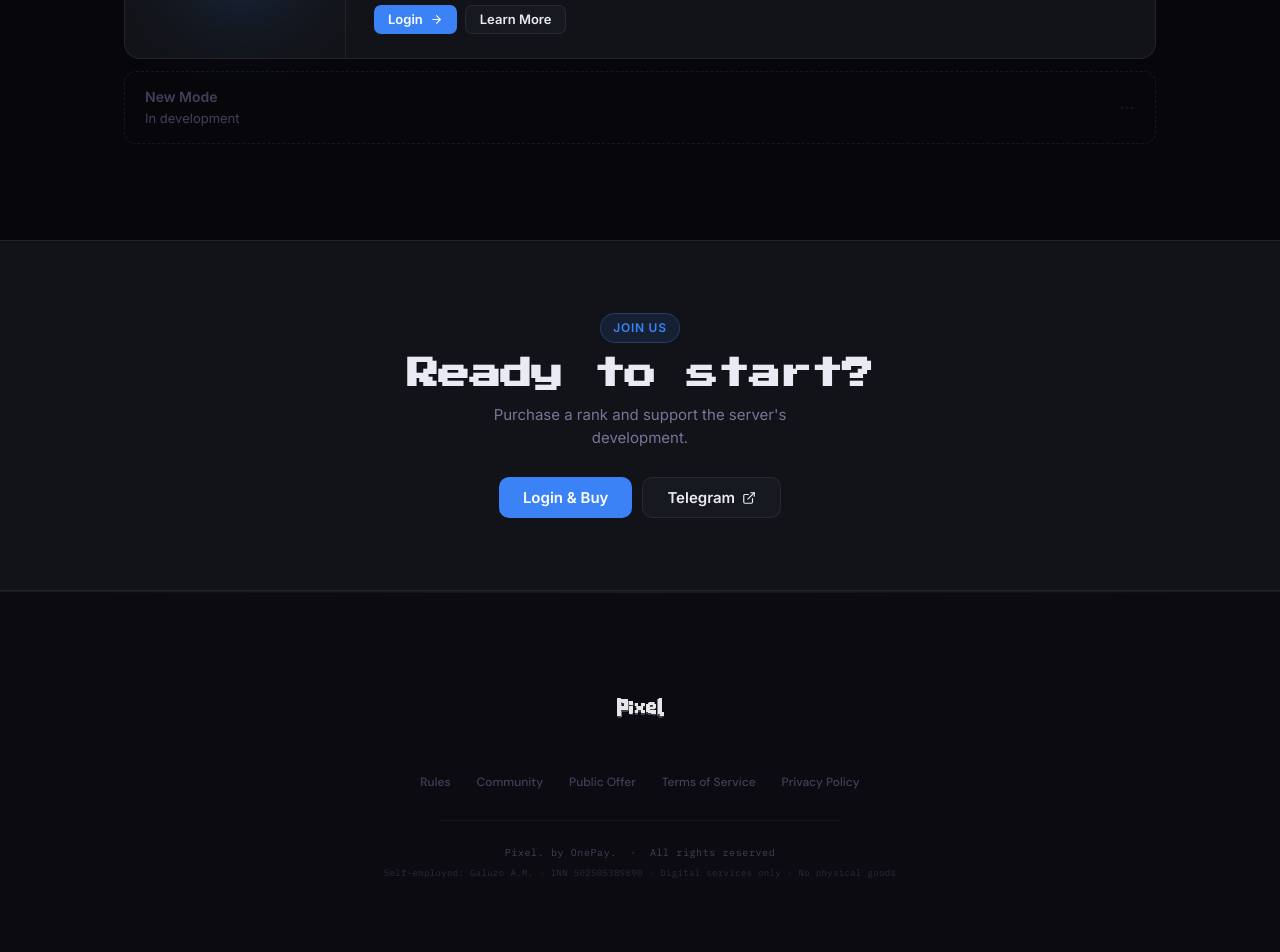
Repository: vanzero1448/sdfsdfsdfsdfsdfvhjvdfbudfgib
Page: / (app in front/)
These files come from the project's save history. The page is drawn as it stood at one moment and after the next save; the edit follows.
The browser window is 1280 px wide. The pictures show the part of the page from y = 1106 to 2058 px (the page is 2058 px tall before and 2037 px after).
Some web libraries are served in a nearby version. The project was rebuilt for these pictures with package versions that can differ from the ones it lists, and the page was loaded fresh each time. Also part of the build but not shown: front/next.config.mjs, front/vite.config.ts, front/app/Donate.tsx.

Above is the page before, as saved 2026-02-25 12:21:02.

### front/index.html
<!doctype html>
<html lang="ru">
  <head>
    <meta charset="UTF-8" />
    <meta name="viewport" content="width=device-width, initial-scale=1.0" />
    <title>IceTale | Hytale Server</title>
    <script src="https://cdn.tailwindcss.com"></script>
    <link
      href="https://fonts.googleapis.com/css2?family=Press+Start+2P&family=VT323&display=swap"
      rel="stylesheet"
    />
    <style>
      :root {
        --accent: #67e8f9;
      }
      body {
        font-family: "VT323", monospace;
        background-color: #0b162d;
        color: #e2e8f0;
        overflow-x: hidden;
        image-rendering: pixelated;
      }
      h1,
      h2,
      h3,
      h4,
      h5,
      h6 {
        font-family: "Press Start 2P", cursive;
      }

      /* Pixel scrollbar */
      ::-webkit-scrollbar {
        width: 18px;
      }
      ::-webkit-scrollbar-track {
        background: #0b162d;
        border-left: 3px solid #334155;
      }
      ::-webkit-scrollbar-thumb {
        background: #67e8f9;
        border: 3px solid #0b162d;
        box-shadow: inset 0 0 0 2px #000;
      }

      .pixel-box {
        background: #162a4a;
        border: 4px solid #000;
        box-shadow: 10px 10px 0 #000;
      }

      .pixel-btn {
        display: inline-block;
        border: 4px solid #000;
        background-color: #67e8f9;
        color: #0b162d;
        font-family: "VT323", monospace;
        font-size: 1.6rem;
        text-transform: uppercase;
        padding: 16px 32px;
        cursor: pointer;
        box-shadow:
          inset -6px -6px 0 rgba(0, 0, 0, 0.6),
          inset 6px 6px 0 rgba(255, 255, 255, 0.4);
        transition: all 0.1s linear;
      }
      .pixel-btn:hover {
        background-color: #a5f3fc;
      }
      .pixel-btn:active {
        transform: translate(4px, 4px);
        box-shadow:
          inset -3px -3px 0 rgba(0, 0, 0, 0.6),
          inset 3px 3px 0 rgba(255, 255, 255, 0.4);
      }

      .neon-cyan {
        text-shadow:
          0 0 10px #67e8f9,
          0 0 20px #67e8f9,
          4px 4px 0 #000;
      }

      .text-shadow-pixel {
        text-shadow: 4px 4px 0 #000;
      }

      .scanlines {
        background: linear-gradient(
          to bottom,
          transparent 50%,
          rgba(0, 0, 0, 0.25) 50%
        );
        background-size: 100% 6px;
        position: fixed;
        inset: 0;
        pointer-events: none;
        z-index: 9999;
        opacity: 0.2;
        mix-blend-mode: overlay;
      }
    </style>
    <script type="importmap">
      {
        "imports": {
          "react-dom/": "https://esm.sh/react-dom@^19.2.4/",
          "@google/genai": "https://esm.sh/@google/genai@^1.42.0",
          "lucide-react": "https://esm.sh/lucide-react@^0.575.0",
          "react/": "https://esm.sh/react@^19.2.4/",
          "react": "https://esm.sh/react@^19.2.4"
        }
      }
    </script>
  </head>
  <body>
    <div id="root"></div>
    <script type="module" src="/index.tsx"></script>
  </body>
</html>

### front/index.tsx
import React from "react";
import ReactDOM from "react-dom/client";
import "./index.css";
import App from "./App";

const root = ReactDOM.createRoot(
  document.getElementById("root") as HTMLElement,
);

root.render(
  <React.StrictMode>
    <App />
  </React.StrictMode>,
);

### front/App.tsx
import React, { useState, useEffect } from "react";
import { Navbar } from "./components/Navbar";
import { Footer } from "./components/Footer";
import { Home } from "./app/Home";
import { Donate } from "./app/Donate";
import { Community } from "./app/Community";
import { Rules } from "./app/Rules";
import { Offer } from "./app/Offer";
import { Terms } from "./app/Terms";
import { Privacy } from "./app/Privacy";
import { Page } from "./types";

export default function App() {
  const [page, setPage] = useState<Page>(Page.HOME);

  useEffect(() => {
    window.scrollTo({ top: 0, behavior: "smooth" });
  }, [page]);

  const render = () => {
    switch (page) {
      case Page.HOME:
        return <Home onNavigate={setPage} />;
      case Page.DONATE:
        return <Donate />;
      case Page.COMMUNITY:
        return <Community />;
      case Page.RULES:
        return <Rules />;
      case Page.OFFER:
        return <Offer />;
      case Page.TERMS:
        return <Terms />;
      case Page.PRIVACY:
        return <Privacy />;
      default:
        return <Home onNavigate={setPage} />;
    }
  };

  return (
    <>
      <Navbar currentPage={page} onNavigate={setPage} />
      <main>{render()}</main>
      <Footer onNavigate={setPage} />
    </>
  );
}

### front/components/Navbar.tsx
import React, { useState, useEffect } from "react";
import { Menu, X } from "lucide-react";
import { Page, NavItem } from "../types";

interface Props {
  currentPage: Page;
  onNavigate: (p: Page) => void;
}

const LINKS: NavItem[] = [
  { label: "Home", page: Page.HOME },
  { label: "Store", page: Page.DONATE },
  { label: "Rules", page: Page.RULES },
  { label: "Community", page: Page.COMMUNITY },
];

export const Navbar: React.FC<Props> = ({ currentPage, onNavigate }) => {
  const [solid, setSolid] = useState(false);
  const [open, setOpen] = useState(false);

  useEffect(() => {
    const fn = () => setSolid(window.scrollY > 20);
    window.addEventListener("scroll", fn);
    return () => window.removeEventListener("scroll", fn);
  }, []);

  const go = (p: Page) => {
    onNavigate(p);
    setOpen(false);
  };

  return (
    <nav className={`navbar ${solid ? "solid" : ""}`}>
      <div className="navbar-inner">
        {/* Логотип (только картинка, без текста) */}
        <button
          className="logo"
          onClick={() => go(Page.HOME)}
          style={{
            padding: 0,
            border: "none",
            background: "transparent",
            cursor: "pointer",
            display: "flex",
            alignItems: "center",
          }}
        >
          <img
            src="/img/ice.png"
            alt="Pixel Logo"
            style={{ width: 100, height: 600, objectFit: "contain" }}
          />
        </button>

        <div className="nav-links">
          {LINKS.map((l) => (
            <button
              key={l.page}
              className={`nav-link ${currentPage === l.page ? "active" : ""}`}
              onClick={() => go(l.page)}
            >
              {l.label}
            </button>
          ))}
          <div className="nav-sep" />
          <div style={{ display: "flex", alignItems: "center", gap: 6 }}>
            <div className="online-dot" />
            <span style={{ fontSize: 13, color: "var(--t2)", fontWeight: 500 }}>
              Online
            </span>
          </div>
        </div>

        <button className="nav-mobile-btn" onClick={() => setOpen(!open)}>
          {open ? <X size={20} /> : <Menu size={20} />}
        </button>
      </div>

      {open && (
        <div className="nav-mobile-menu">
          {LINKS.map((l) => (
            <button
              key={l.page}
              className={`nav-mobile-link ${currentPage === l.page ? "active" : ""}`}
              onClick={() => go(l.page)}
            >
              {l.label}
            </button>
          ))}
        </div>
      )}
    </nav>
  );
};

### front/components/Footer.tsx
import React from "react";
import { Page } from "../types";

interface FooterProps {
  onNavigate: (page: Page) => void;
}

const NAV_LINKS: { label: string; page: Page }[] = [
  { label: "Rules", page: Page.RULES },
  { label: "Community", page: Page.COMMUNITY },
  { label: "Public Offer", page: Page.OFFER },
  { label: "Terms of Service", page: Page.TERMS },
  { label: "Privacy Policy", page: Page.PRIVACY },
];

export const Footer: React.FC<FooterProps> = ({ onNavigate }) => (
  <>
    <style>{`
@import url('https://fonts.googleapis.com/css2?family=Oxanium:wght@400;600;700;800&family=DM+Sans:wght@300;400;500;600&family=IBM+Plex+Mono:wght@400;600&display=swap');
:root{
  --bg:#07070b;--s1:#0b0b11;--s2:#0f0f16;
  --w:rgba(255,255,255,.055);--w2:rgba(255,255,255,.1);
  --t1:#eaeaf4;--t2:#76769a;--t3:#40405a;
  --fh:'Oxanium',sans-serif;--fb:'DM Sans',sans-serif;--fm:'IBM Plex Mono',monospace;
}
.footer{position:relative;background:var(--s1);border-top:1px solid var(--w);z-index:10}
.footer::before{content:'';position:absolute;top:0;left:0;right:0;height:1px;
  background:linear-gradient(90deg,transparent,rgba(255,255,255,.06),transparent)}
.footer-inner{max-width:1180px;margin:0 auto;padding:40px 28px 32px;
  display:flex;flex-direction:column;align-items:center;gap:24px}
.footer-logo{display:flex;align-items:center;justify-content:center;
  opacity:.9;transition:opacity .2s;cursor:pointer;background:none;border:none;padding:0}
.footer-logo:hover{opacity:1}
.footer-logo img{width:72px;height:72px;object-fit:contain}
.footer-nav{display:flex;flex-wrap:wrap;justify-content:center;gap:2px}
.footer-link{font-family:var(--fb);font-size:12px;font-weight:500;color:var(--t3);
  background:none;border:none;cursor:pointer;padding:5px 12px;border-radius:6px;
  transition:color .2s,background .2s}
.footer-link:hover{color:var(--t2);background:var(--s2)}
.footer-sep{width:100%;height:1px;background:var(--w);max-width:400px}
.footer-bottom{display:flex;flex-direction:column;align-items:center;gap:6px}
.footer-copy{font-family:var(--fm);font-size:10px;color:var(--t3);letter-spacing:.06em;text-align:center}
.footer-legal{font-family:var(--fm);font-size:9px;color:var(--t3);letter-spacing:.04em;text-align:center;opacity:.6}
`}</style>

    <footer className="footer">
      <div className="footer-inner">
        <button className="footer-logo" onClick={() => onNavigate(Page.HOME)}>
          <img src="/img/ice.png" alt="Pixel" />
        </button>

        <nav className="footer-nav">
          {NAV_LINKS.map((l) => (
            <button
              key={l.label}
              className="footer-link"
              onClick={() => onNavigate(l.page)}
            >
              {l.label}
            </button>
          ))}
        </nav>

        <div className="footer-sep" />

        <div className="footer-bottom">
          <div className="footer-copy">
            Pixel. by OnePay. &nbsp;·&nbsp; All rights reserved
          </div>
          <div className="footer-legal">
            Self-employed: Galuzo A.M. · INN 502505389890 · Digital services
            only · No physical goods
          </div>
        </div>
      </div>
    </footer>
  </>
);

### front/types.ts
export enum Page {
  HOME = "home",
  DONATE = "donate",
  COMMUNITY = "community",
  RULES = "rules",
  OFFER = "offer",
  TERMS = "terms",
  PRIVACY = "privacy",
}

export interface NavItem {
  label: string;
  page: Page;
}

export interface Rank {
  id: string;
  name: string;
  price: number;
  features: string[];
  color: string;
  popular?: boolean;
}

export interface ChatMessage {
  id: string;
  role: "user" | "model";
  text: string;
  timestamp: Date;
}

Loaded but not shown: front/app/Offer.tsx (418 lines, source omitted); front/app/Privacy.tsx (419 lines, source omitted); front/app/Terms.tsx (404 lines, source omitted); front/app/Rules.tsx (494 lines, source omitted); front/app/Community.tsx (364 lines, source omitted); front/app/Home.tsx (410 lines, source omitted); front/index.css (677 lines, source omitted)

After the next save:
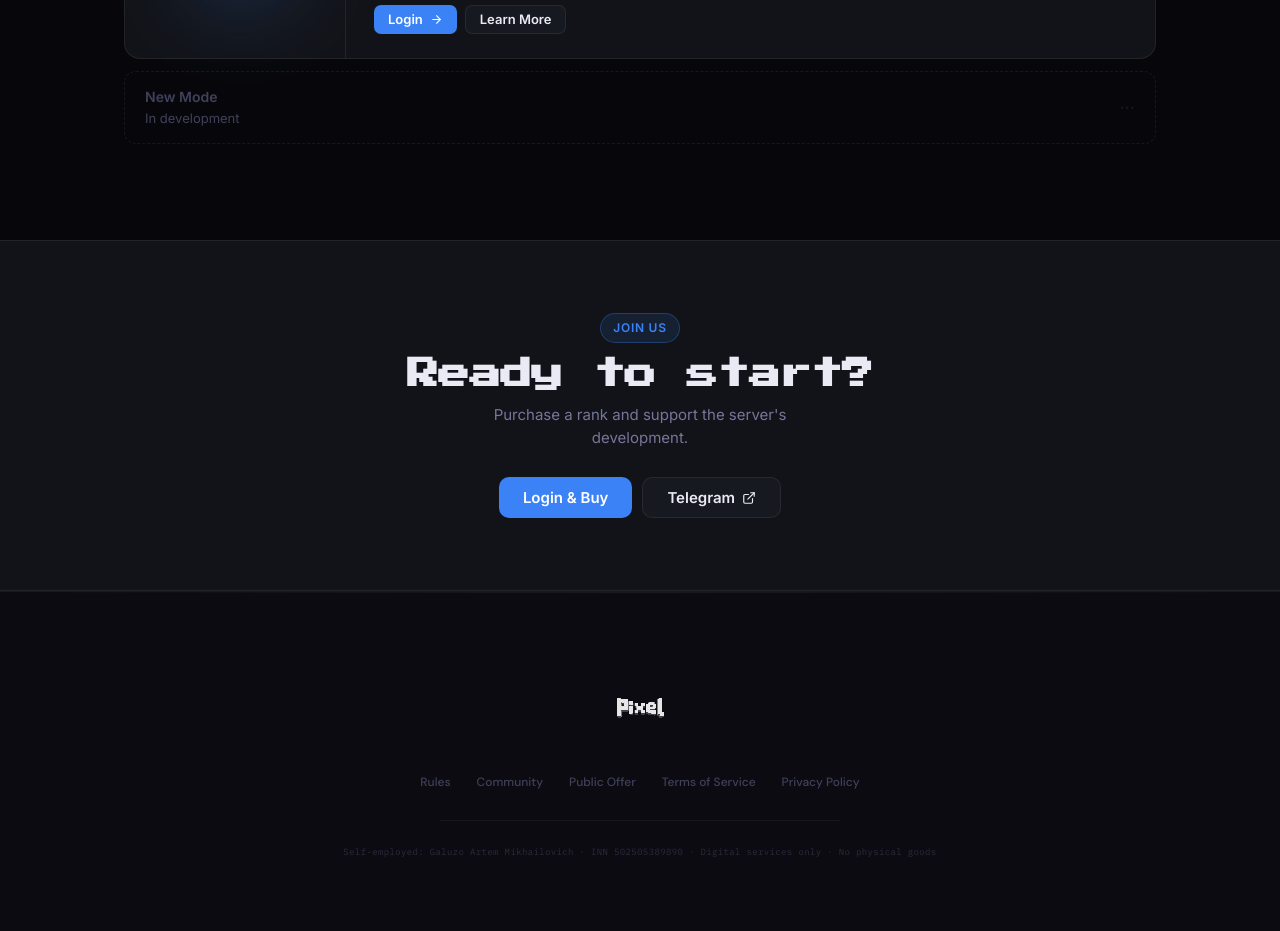
Saved 8 min 16 s later.
--- a/front/components/Footer.tsx
+++ b/front/components/Footer.tsx
@@ -64,12 +64,9 @@ export const Footer: React.FC<FooterProps> = ({ onNavigate }) => (
         <div className="footer-sep" />
 
         <div className="footer-bottom">
-          <div className="footer-copy">
-            Pixel. by OnePay. &nbsp;·&nbsp; All rights reserved
-          </div>
           <div className="footer-legal">
-            Self-employed: Galuzo A.M. · INN 502505389890 · Digital services
-            only · No physical goods
+            Self-employed: Galuzo Artem Mikhailovich · INN 502505389890 ·
+            Digital services only · No physical goods
           </div>
         </div>
       </div>
